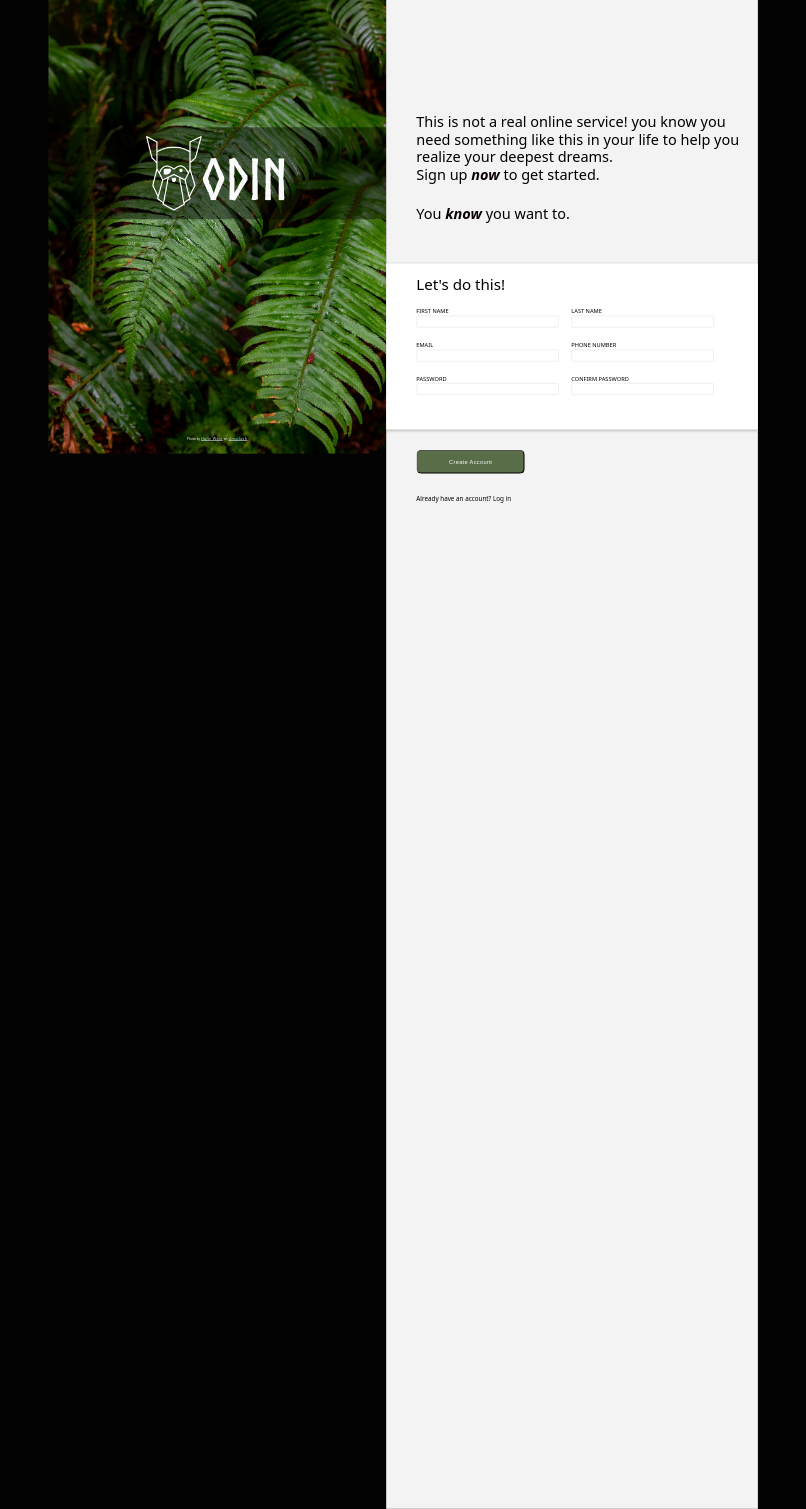
Repository: Freezler/Odin-SignUp
Page: index.html
These files come from the project's save history. The page is drawn as it stood at one moment and after the next save; the edit follows.
The browser window is 1280 px wide. The pictures show the whole page, at 63% of full size.

Above is the page before, as saved 2024-03-03 22:19:06.

After the next save:
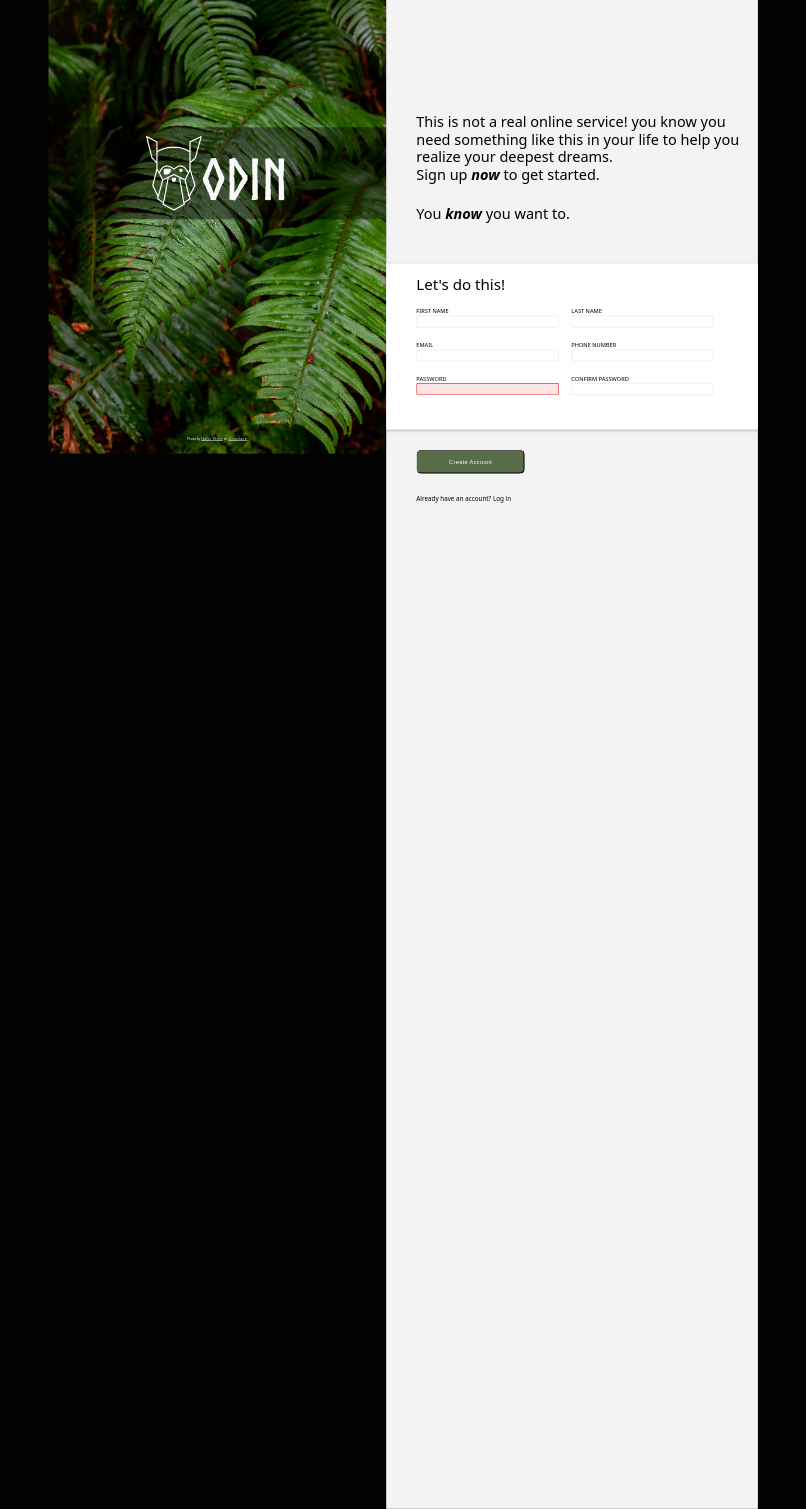
Saved 4 s later.
--- a/index.html
+++ b/index.html
@@ -63,7 +63,8 @@
 						</div>
 						<div class="item item5">
 							<label for="password">Password</label>
-							<input type="password" name="password" id="password" autocomplete="new-password" class="">
+							<input type="password" name="password" id="password" autocomplete="new-password"
+								class="error">
 						</div>
 						<div class="item item6">
 							<label for="confirm">Confirm password</label>
